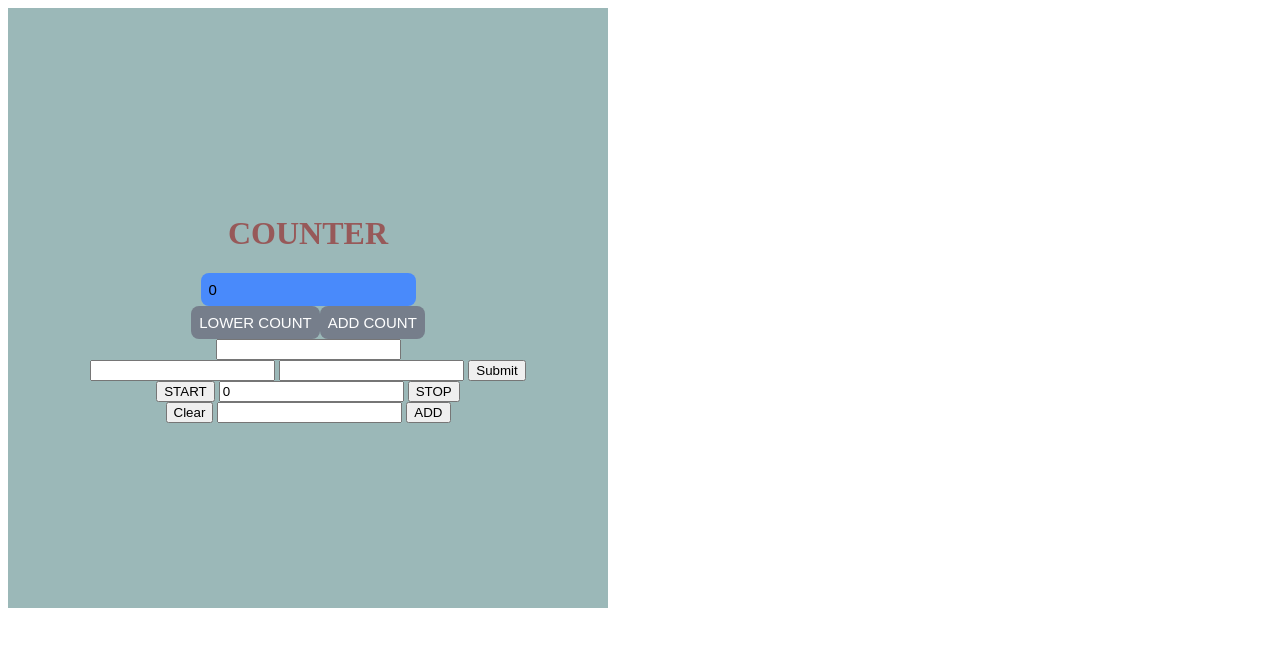
Repository: sedashahnazaryan/Caunter
Page: index.html
The author's editor kept a copy of each file at every save. The page is drawn from the files as they stood at one save, then again after the next save.
The browser window is 1280 px wide. The pictures show the whole page.

Above is the page before, as saved 2022-02-15 01:28:13.

### index.html
<!DOCTYPE html>
<html lang="en">
<head>
    <meta charset="UTF-8">
    <meta http-equiv="X-UA-Compatible" content="IE=edge">
    <meta name="viewport" content="width=device-width, initial-scale=1.0">
    <title>Caunter</title>
    <link rel="stylesheet" href="./index.css">
</head>

<body>
    <div class="container">

        <h1 class="counter">COUNTER</h1>
    <input class="item1"id="input" type="text" value="0">
    <div class="btn-item">
        <button id="lower" onclick="">LOWER COUNT </button>
        <button id ="add">ADD COUNT</button>
    </div>

    <input id ="result" type="text">
    <div class="add-item">
        <input id="num1" type="text">
        <input id="num2" type="text">
        <button id="submit">Submit</button>
    </div>

    <div class="item1">
        <button id ="start">START</button>
         <input id ="interval"value=0 type="text">
          <button id ="stop">STOP</button>
    </div>
    <div class="item2">
        <button id ="adding">Clear</button>
        <input id="result-fibo" type="text">
        <button id="add-fibo">ADD</button>
    </div>
</div>

   <script src="./index.js"></script>
</body>
</html>

### index.css




.container{
  display: flex;
  height: 600px;
  width: 600px;
  justify-content: center;
  align-items: center;
  background-color: rgb(155, 184, 184);
  flex-direction: column;
}

.counter{
color: rgba(151, 75, 75, 0.87);

}



.btn-item{
    display: flex;
    justify-content: center;
}
#add,#lower {
    background-color: #767e8b;
    color: white;
    padding: 8px;
    border-radius: 8px;
    border: none;
    font-size: 15px;

    cursor: pointer;

}
/* #lower {
    background-color: #498AFB;
    color: white;
    padding: 8px;
    border-radius: 8px;
    border: none;
    font-size: 15px;
    cursor: pointer; */

           #input{
        background-color: #498AFB;
        /* color: white; */
        padding: 8px;
        border-radius: 8px;
        border: none;
        font-size: 15px;

        cursor: pointer;
    }

### index.js
let counterDisplayElem = document.getElementById('input');
let counterMinusElem = document.getElementById('lower');
let counterPlusElem = document.getElementById('add');
let result=document.getElementById('result');
let num1 =document.getElementById('num1');
let num2 =document.getElementById('num2');
let submit=document.getElementById('submit');
let number = 0;



counterPlusElem.addEventListener("click",()=>{
    counterDisplayElem.value++;
}) ;

counterMinusElem.addEventListener("click",()=>{
    counterDisplayElem.value--;
});

function curry(a){
    return function(b){
       return a+b;
    }

};
submit.addEventListener('click',()=>{
result.value=curry(+num1.value)(+num2.value);

});
function fibonacci(num){
    if(num<=1){
        return num;

    }
      return fibonacci(num-1)+fibonacci(num-2);
    //   0,1,1,2,3,5,8,13,21-8րդ թիվն է
}
document.getElementById("add-fibo").addEventListener('click',()=>{
    document.getElementById('result-fibo').value+=fibonacci(number);
    number++;


    })

    document.getElementById("adding").addEventListener("click", ()=>{
        document.getElementById("result-fibo").value = "";
        number=0;
      });

      let interval;
      function starting(){
      interval=setInterval(() => {
          document.getElementById('interval').value++;

      }, 500)};

      function off(){
        clearInterval(interval);
        document.getElementById('interval').value="";

      }
      document.getElementById('start').addEventListener('click',starting)


      document.getElementById('stop').addEventListener('click',off);

After the next save:
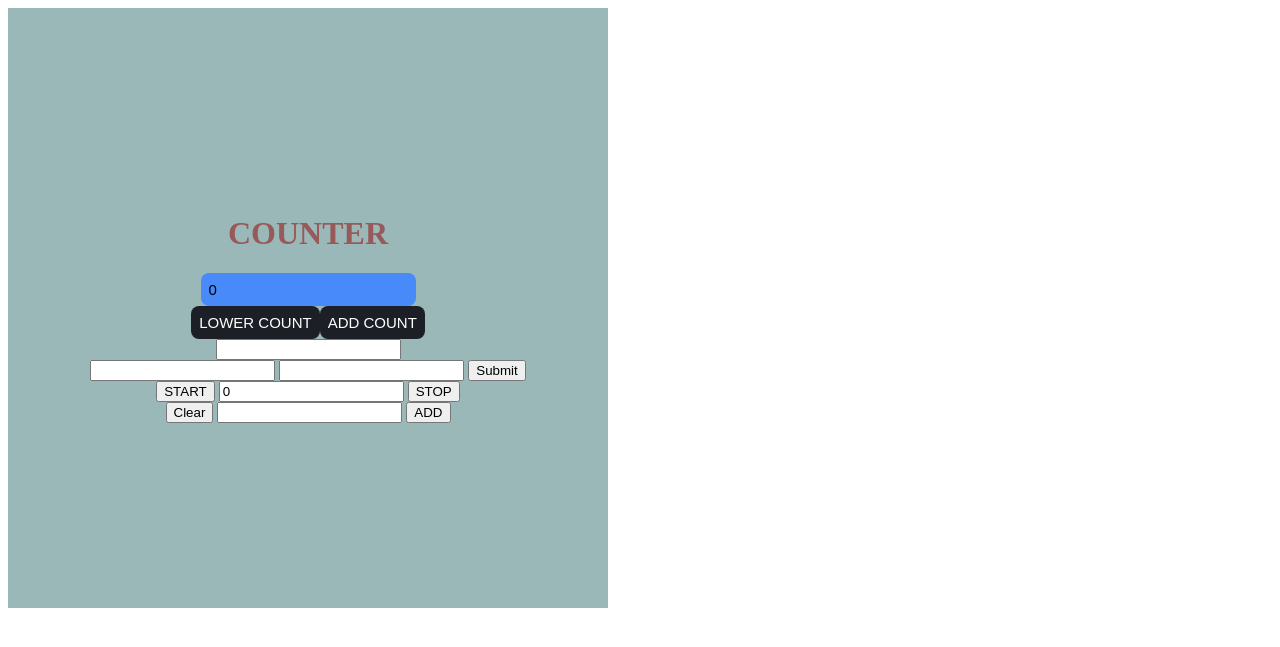
Saved 6 s later.
--- a/index.css
+++ b/index.css
@@ -24,7 +24,7 @@ color: rgba(151, 75, 75, 0.87);
     justify-content: center;
 }
 #add,#lower {
-    background-color: #767e8b;
+    background-color: #1c1f25;
     color: white;
     padding: 8px;
     border-radius: 8px;
